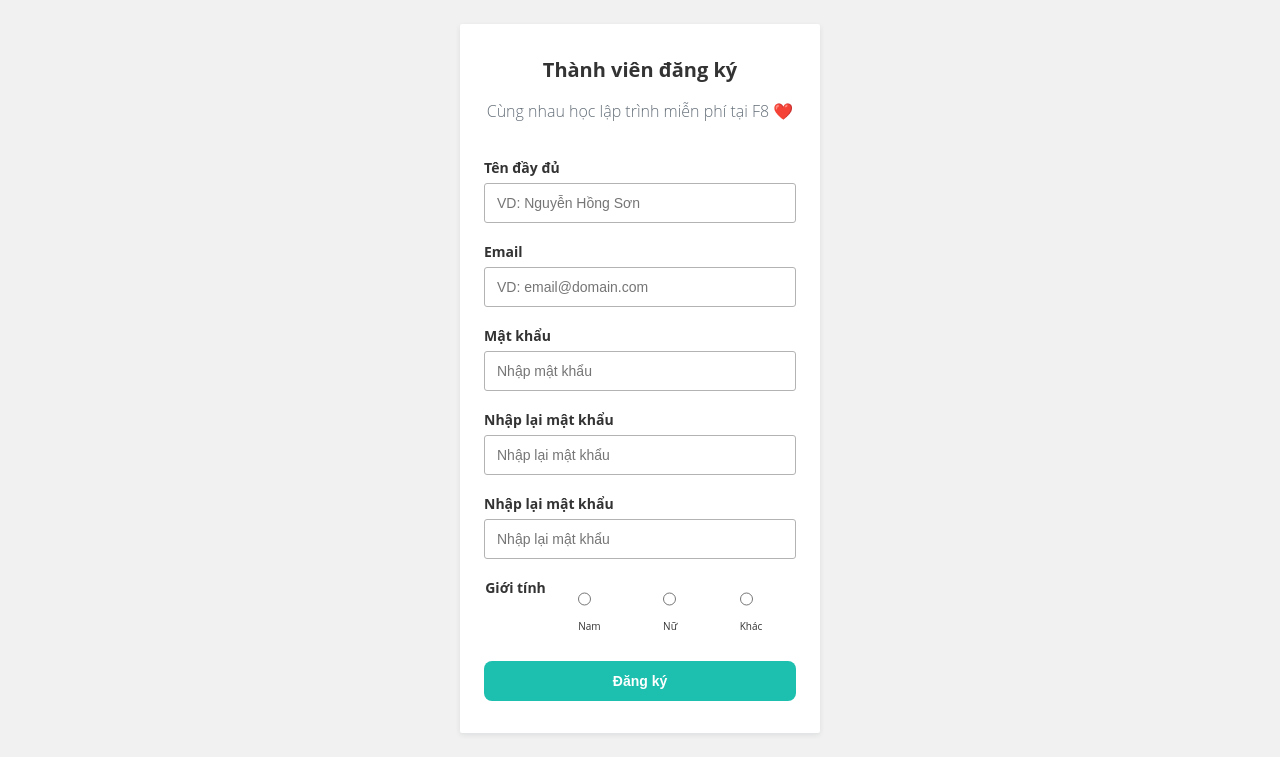
Repository: ahihison/Validation
Page: index.html
An editor plug-in stored every save of this project. The page is shown before and after the next save, followed by the edit.
The browser window is 1280 px wide. The pictures show the whole page.

Above is the page before, as saved 2022-08-31 09:42:21.

### index.html
<!DOCTYPE html>
<html lang="en">
<head>
    <meta charset="UTF-8">
    <meta http-equiv="X-UA-Compatible" content="IE=edge">
    <meta name="viewport" content="width=device-width, initial-scale=1.0">
    <link rel="stylesheet" href="./style.css">
    <title>Document</title>
</head>
<body>
    <div class="container">
        <form action="" method="POST" class="form" id="form-1" >
            <h3 class="heading">Thành viên đăng ký</h3>
            <p class="desc">Cùng nhau học lập trình miễn phí tại F8 ❤️</p>
            <div class="spacer"></div>

            <div class="form-group">
                <label for="fullname" class="form-label" >Tên đầy đủ</label>
                <input type="text" name="fullname" id="fullname" placeholder="VD: Nguyễn Hồng Sơn" class="form-control">
                <span class="form-message"></span>
            </div>
            <div class="form-group">
                <label for="email" class="form-label" >Email</label>
                <input type="text" name="email" id="email" placeholder="VD: email@domain.com" class="form-control">
                <span class="form-message"></span>
            </div>
            <div class="form-group">
                <label for="password" class="form-label" >Mật khẩu</label>
                <input type="password" name="password" id="password" placeholder="Nhập mật khẩu" class="form-control">
                <span class="form-message"></span>
            </div>
            <div class="form-group">
                <label for="password_confirmation" class="form-label" >Nhập lại mật khẩu</label>
                <input type="password" name="password_confirmation" id="password_confirmation" placeholder="Nhập lại mật khẩu" class="form-control">
                <span class="form-message"></span>
            </div>
            <div class="form-group">
                <label for="password_confirmation" class="form-label" >Nhập lại mật khẩu</label>
                <input type="password" name="password_confirmation" id="password_confirmation" placeholder="Nhập lại mật khẩu" class="form-control">
                <span class="form-message"></span>
            </div>

            <div class="form-group genderformat">
                <label for="password_confirmation" class="form-label" >Giới tính</label>
                <div>
                    <input type="radio" name="gender" value="male" id="gender" class="form-control">
                    <span id="gender">Nam</span>
                </div>
                <div>
                    <input type="radio" name="gender" value="female" id="gender" class="form-control">
                    <span id="gender">Nữ</span>
                </div>
                <div>
                    <input type="radio" name="gender" value="orther" class="form-control" id="gender">
                    <span id="gender">Khác</span>

                </div>
                <span class="form-message"></span>
            </div>


            <button class="form-submit">Đăng ký</button>
        </form>

    </div>
    <script src="./validation.js"> </script>
    <script>
        Validator({
            form:'#form-1',
            formGroupSelector:'.form-group',
            errorSelector: '.form-message',
            rules: [
            Validator.isRequired('#fullname','Vui lòng nhập họ và tên đầy đủ của bạn'),
            Validator.isEmail('#email'),
            Validator.minLength('#password',6),
            Validator.isRequired('#password_confirmation'),
            Validator.isConfirmed('#password_confirmation',function() { return document.querySelector('#form-1 #password').value;

            },'Mật khẩu nhập lại không chính xác'),
            ],
            onSubmit: function(data){
                //Call API
                console.log(data);
            }
        });
    </script>




</body>
</html>

### style.css
*{
    margin: 0;
    padding: 0;
    box-sizing: border-box;

}
html{
    color: #333;
    font-size: 62.5%;
    font-family: "Open Sans", sans-serif;
}

.container{
min-height: 100vh;
display: flex;
justify-content: center;
background: #f1f1f1;

}
.form{
    width: 360px;
    padding: 32px 24px;
    min-height: 100px;
    text-align: center;
    background: #fff;
    border-radius: 2px;
    margin: 24px;
    align-self: center;
    box-shadow: 0 2px 5px 0 rgba(51, 62, 73, 0.1);


}


.form .heading{
    font-size: 2rem;

}
.form .desc {
    text-align: center;
    color: #636d77;
    font-size: 1.6rem;
    line-height: 2.4rem;
    margin-top: 16px;
    font-weight: 300;
  }

.form-group{
     display: flex;
  margin-bottom: 16px;
  flex-direction: column;

}
.form-group #gender {
  display:flex;
 margin: 0 30px;

  }
  .form-group.genderformat{
    display: flex;
    flex-direction: row;
    flex-wrap: wrap;
    align-content: space-between;
    justify-content: space-around;
  }
.form-control{
    height: 40px;
    padding: 8px 12px;
    border: 1px solid #b3b3b3;
    border-radius: 3px;
    outline: none;
    font-size: 1.4rem;
}
.form-control:hover {
    border-color: #1dbfaf;
  }
.form-label,
.form-message{
    text-align: left;

}
.form-label {
    font-weight: 700;
    padding-bottom: 6px;
    line-height: 1.8rem;
    font-size: 1.4rem;
  }

  .form-group.invalid .form-control {
    border-color: #f33a58;
  }
  .form-group.invalid .form-message {
    color: #f33a58;
  }

  .form-message {
    font-size: 1.2rem;
    line-height: 1.6rem;
    padding: 4px 0 0;
  }
  .form-submit {
    outline: none;
    background-color: #1dbfaf;
    margin-top: 12px;
    padding: 12px 16px;
    font-weight: 600;
    color: #fff;
    border: none;
    width: 100%;
    font-size: 14px;
    border-radius: 8px;
    cursor: pointer;
  }
  .form-submit:hover {
    background-color: #1ac7b6;
  }
  .spacer {
    margin-top: 36px;
  }

### validation.js
function Validator(options) {

    function geParent(elements,selector){
        while(elements.parentElement){
            if(elements.parentElement.matches(selector)){
                return elements.parentElement;
            }
              elements = elements.parentElement;
        }
    }

    var selectorRule = {};
    //hàm thực hiện validate
    function validate(inputElement, rule) {

        var errorElement = geParent(inputElement,options.formGroupSelector).querySelector(options.errorSelector);
        var errorMessage;

        //lấy ra các rule của các selector
        var rules = selectorRule[rule.selector];
        //lập qua từng rules và kiểm tra
        //Nếu có lỗi thì dừng việc kiểm tra
        for (var i = 0; i < rules.length; i++) {
            errorMessage = rules[i](inputElement.value);
            if (errorMessage) break;

        }

        if (errorMessage) {
            errorElement.innerText = errorMessage;
            geParent(inputElement,options.formGroupSelector).classList.add('invalid');
        } else {
            errorElement.innerText = '';
            geParent(inputElement,options.formGroupSelector).classList.remove('invalid');
        }
        return !!errorMessage;
    }
    // lấy được form elements
    var formElement = document.querySelector(options.form);

    if (formElement) {
        //Lắng nghe sự kiện onsubmit

        formElement.onsubmit = function (e) {

            e.preventDefault();

            var isFormValid = true;

            // Lặp qua từng rules và validate
            options.rules.forEach(function (rule) {
                var inputElement = formElement.querySelector(rule.selector);
                var isInValid = validate(inputElement, rule);
                if (isInValid) {
                    isFormValid = false;
                }
            });


            if (isFormValid) {
                //Trường hợp submit với js
                if (typeof options.onSubmit === 'function') {
                    var enableInputs = formElement.querySelectorAll('[name]');
                    var formValues = Array.from(enableInputs).reduce(function (values, input) {
                        values[input.name] = input.value;
                        return values;
                    }, {});
                    options.onSubmit(formValues)
                }
                //submit với hành vi mặc định
                else{
                    formElement.submit();
                }
            }

        }





        //Lặp qua mỗi rule xử lí sự kiện (blur click....)
        options.rules.forEach(function (rule) {
            //Lưu lại các  rules cho mỗi input
            if (Array.isArray(selectorRule[rule.selector])) {
                selectorRule[rule.selector].push(rule.test);
            }
            else {
                selectorRule[rule.selector] = [rule.test];
            }


            var inputElement = formElement.querySelector(rule.selector);

            if (inputElement) {
                //Xử lí trường hợp blur ra khỏi input
                inputElement.onblur = function () {

                    validate(inputElement, rule);

                }
                // Xử lí mỗi khi người dùng nhập vào input
                inputElement.oninput = function () {
                    var errorElement = geParent(inputElement,options.formGroupSelector).querySelector(options.errorSelector);
                    errorElement.innerText = '';
                    geParent(inputElement,options.formGroupSelector).classList.remove('invalid');
                }
            }

        }

        );



    }


}

//định nghĩa rules
//Nguyên tắc rules
//1. khi có lỗi : => trả về message
//2. Khi hợp lệ: => ko trả về gì hết (undefined)
Validator.isRequired = function (selector, message) {
    return {
        selector: selector,
        test: function (value) {
            return value.trim() ? undefined : message || "Vui lòng nhập trường này"

        }
    }
}

Validator.isEmail = function (selector, message) {

    return {
        selector: selector,
        test: function (value) {
            var regex = /^[A-Z0-9._%+-]+@[A-Z0-9.-]+\.[A-Z]{2,4}$/i;

            return regex.test(value) ? undefined : message || 'Trường này phải là email'
        }
    }

}
Validator.minLength = function (selector, min, message) {

    return {
        selector: selector,
        test: function (value) {
            return value.length >= min ? undefined : message || `Vui lòng nhập tối thiếu ${min} ký tự`
        }
    }

}

Validator.isConfirmed = function (selector, getconfirmValue, message) {
    return {
        selector: selector,
        test: function (value) {
            return value === getconfirmValue() ? undefined : message || "Giá trị nhập vào không chính xác"
        }

    }

}

After the next save:
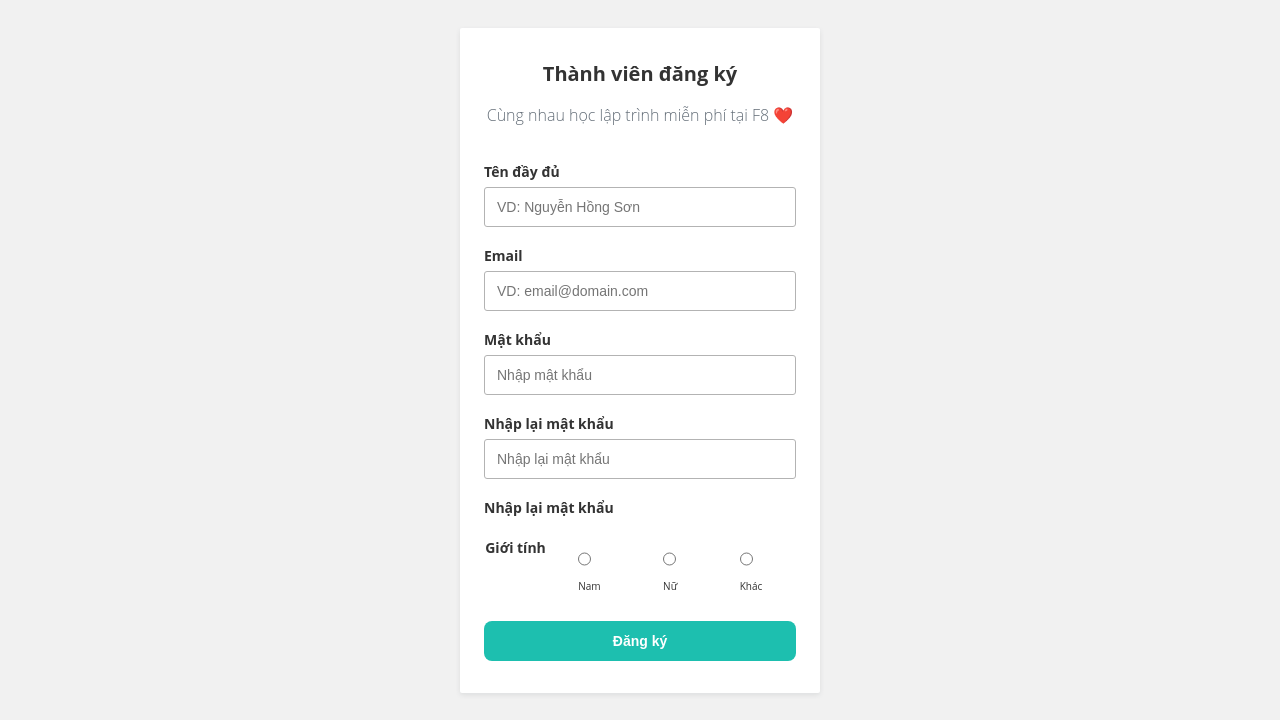
Saved 6 s later.
--- a/index.html
+++ b/index.html
@@ -36,8 +36,7 @@
             </div>
             <div class="form-group">
                 <label for="password_confirmation" class="form-label" >Nhập lại mật khẩu</label>
-                <input type="password" name="password_confirmation" id="password_confirmation" placeholder="Nhập lại mật khẩu" class="form-control">
-                <span class="form-message"></span>
+
             </div>
 
             <div class="form-group genderformat">
